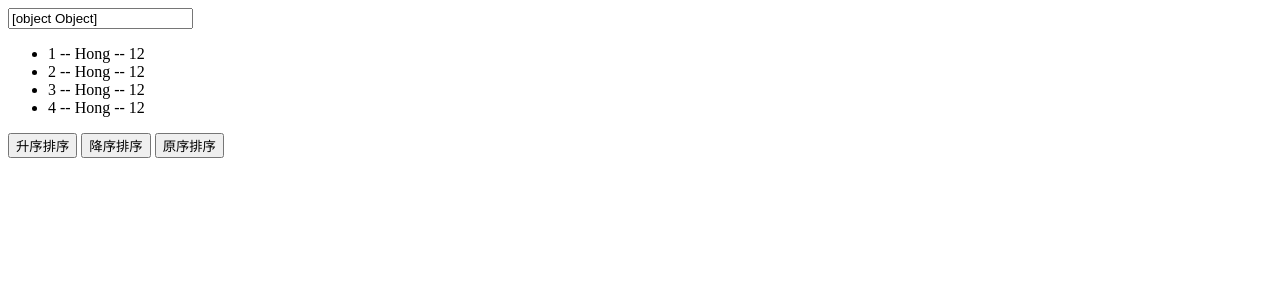
Repository: CodeHuai/vue_note
Page: 练习/index.html
These files come from the project's save history. The page is drawn as it stood at one moment and after the next save; the edit follows.
The browser window is 1280 px wide. The pictures show the whole page.

Above is the page before, as saved 2021-07-06 18:00:33.

### 练习/index.html
<!DOCTYPE html>
<html lang="en">

<head>
    <meta charset="UTF-8">
    <meta http-equiv="X-UA-Compatible" content="IE=edge">
    <meta name="viewport" content="width=device-width, initial-scale=1.0">
    <title>Document</title>
    <link rel="shortcut icon" href="../../logo.svg" type="image/x-icon">
</head>

<body>
    <div id="app">
        <input type="text" v-model='computed'>
        <ul>
            <li v-for='(item, index) in persons'>
                {{item.id}} -- {{item.name}} -- {{item.age}}
            </li>
        </ul>
        <button>升序排序</button>
        <button>降序排序</button>
        <button>原序排序</button>
    </div>
    <script src="../../js/vue.js"></script>
    <script>
        const app = new Vue({
            el: '#app',
            data: {
                persons: [{
                        id: 1,
                        name: 'Hong',
                        age: 12
                    },
                    {
                        id: 2,
                        name: 'Hong',
                        age: 12
                    }, {
                        id: 3,
                        name: 'Hong',
                        age: 12
                    }, {
                        id: 4,
                        name: 'Hong',
                        age: 12
                    }
                ],
                info: '',
                computed: {
                    result() {
                        return this.info = this.persons.filter(item => {
                            return item.name.include(info);
                        });
                    }
                }
            }
        });
    </script>
</body>

</html>

Loaded but not shown: js/vue.js (library)

After the next save:
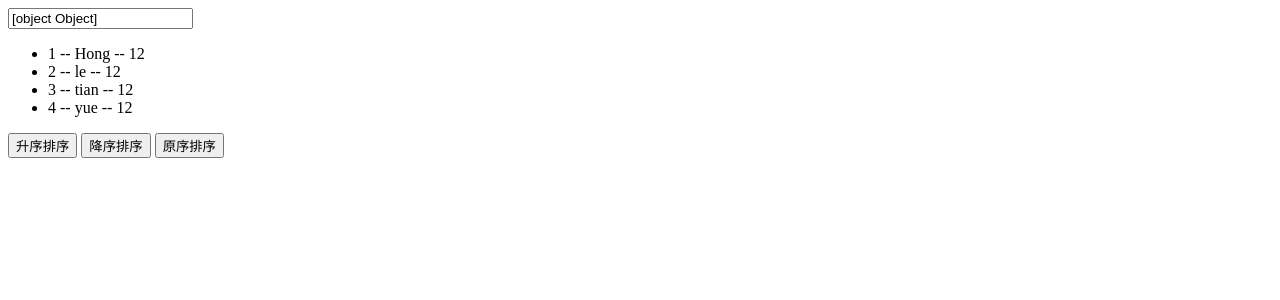
Saved 32 s later.
--- a/练习/index.html
+++ b/练习/index.html
@@ -33,15 +33,15 @@
                     },
                     {
                         id: 2,
-                        name: 'Hong',
+                        name: 'le',
                         age: 12
                     }, {
                         id: 3,
-                        name: 'Hong',
+                        name: 'tian',
                         age: 12
                     }, {
                         id: 4,
-                        name: 'Hong',
+                        name: 'yue',
                         age: 12
                     }
                 ],
